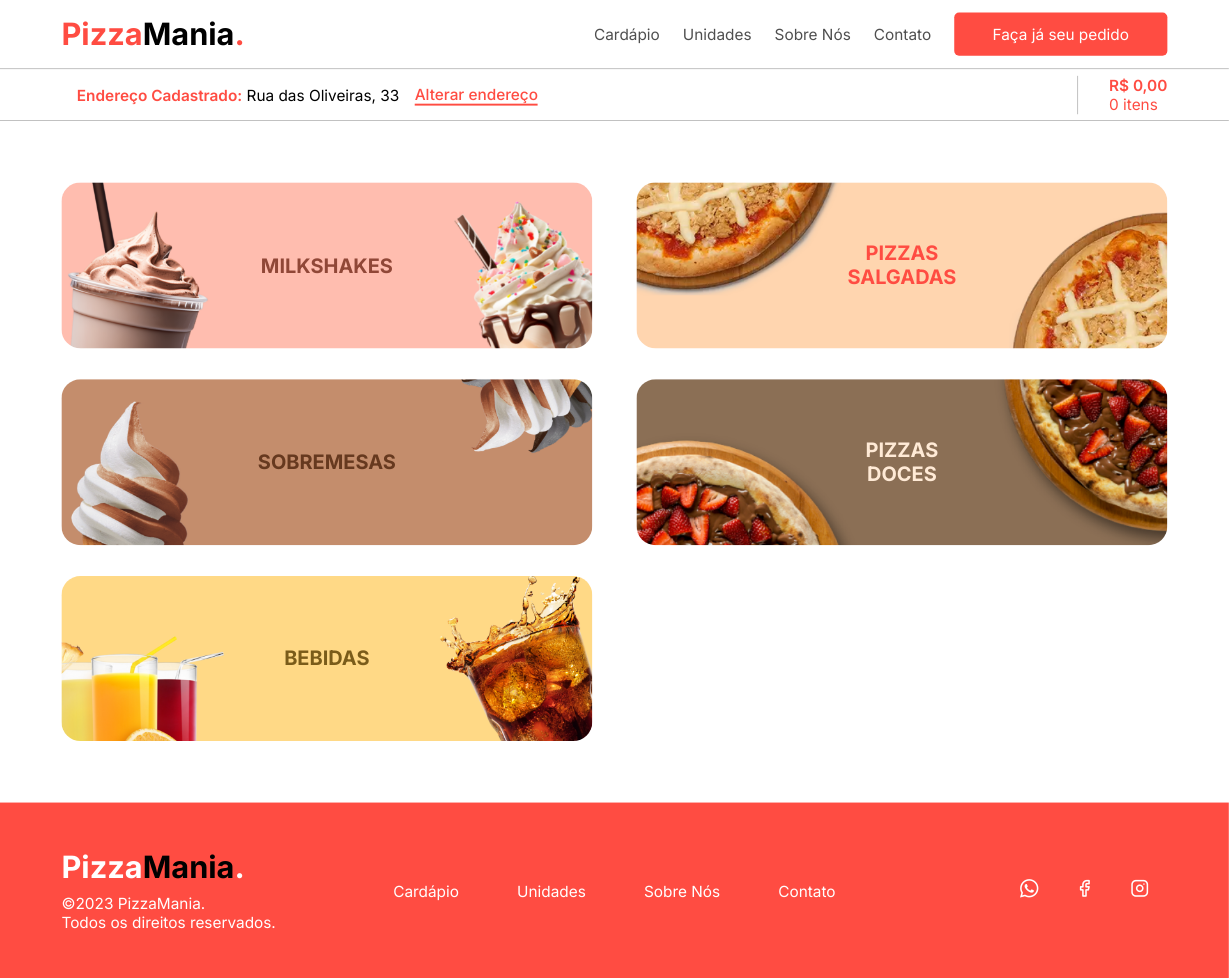
Repository: lucas-albuq/PizzaMania
Page: assets/pages/sobre.html
An editor plug-in stored every save of this project. The page is shown before and after the next save, followed by the edit.
The browser window is 1280 px wide. The pictures show the whole page, at 96% of full size.
Some icons come from a web library that is not loaded, so they are not drawn. Some web libraries are served in a nearby version.

Above is the page before, as saved 2024-01-04 22:37:17.

After the next save:
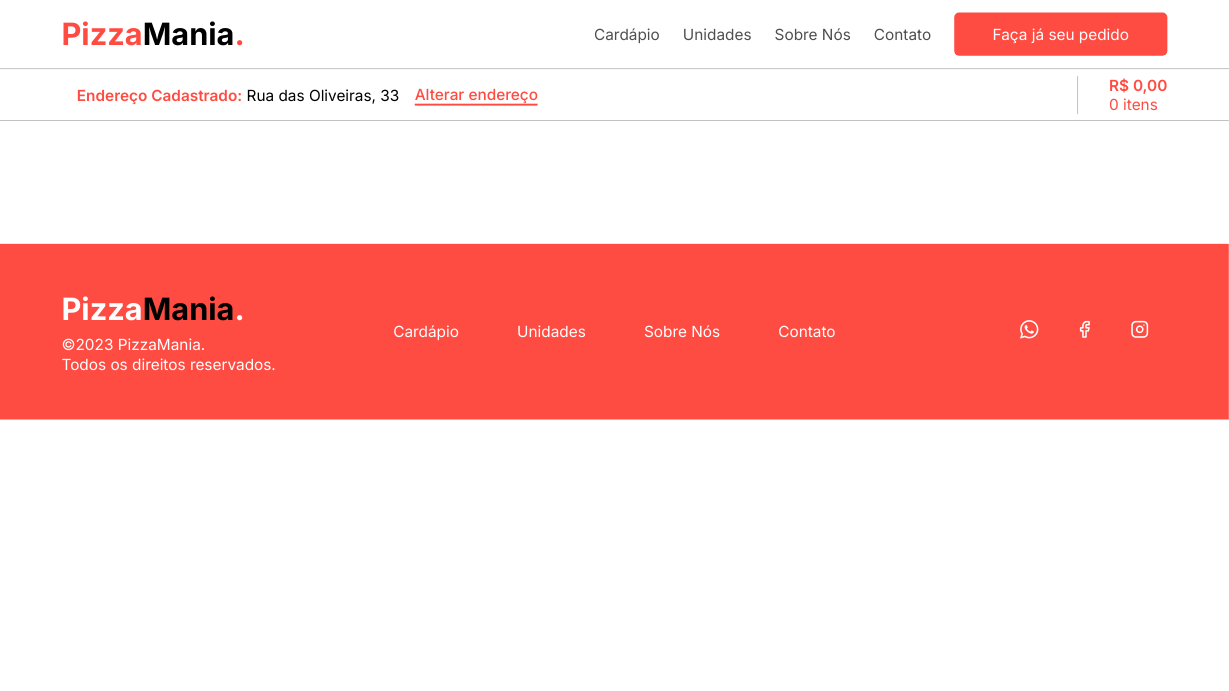
Saved 5 s later.
--- a/assets/pages/sobre.html
+++ b/assets/pages/sobre.html
@@ -11,33 +11,7 @@
 <body>
     <div id="header"></div>
     <main>
-        <div class="categorias-cardapio">
-            <a href="#">
-                <div class="milkshakes">
-                    <h2>Milkshakes</h2>
-                </div>
-            </a>
-            <a href="#">
-                <div class="pizzas-salgadas">
-                    <h2>Pizzas <br>Salgadas</h2>
-                </div>
-            </a>
-            <a href="#">
-                <div class="sobremesas">
-                    <h2>Sobremesas</h2>
-                </div>
-            </a>
-            <a href="#">
-                <div class="pizzas-doces">
-                    <h2>Pizzas <br>Doces</h2>
-                </div>
-            </a>
-            <a href="#">
-                <div class="bebidas">
-                    <h2>Bebidas</h2>
-                </div>
-            </a>
-        </div>
+
     </main>
     <div id="footer"></div>
     <script src="https://ajax.googleapis.com/ajax/libs/jquery/3.1.0/jquery.min.js"></script>
